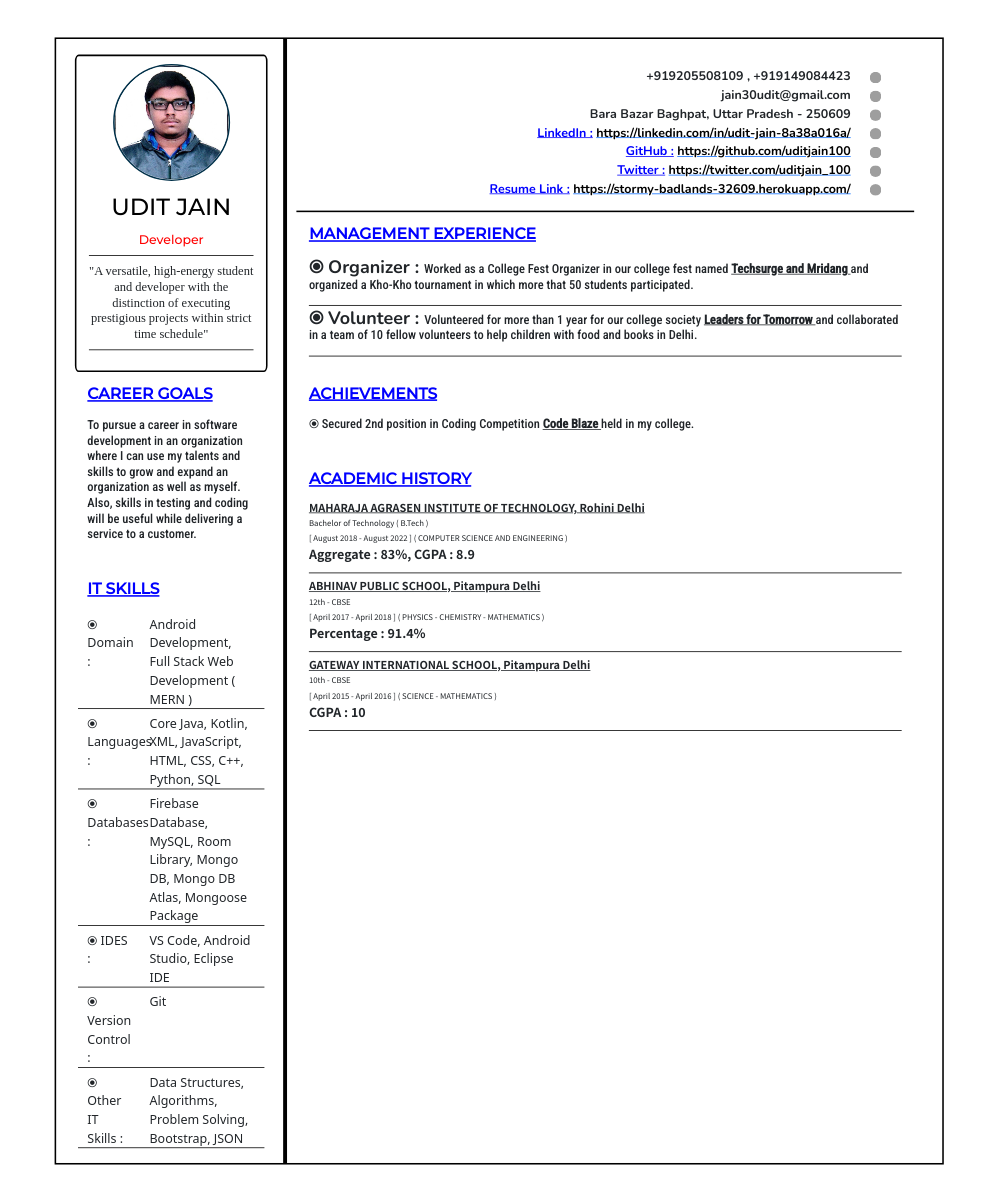
Repository: uditjain100/Resume
Page: app.html
These files come from the project's save history. The page is drawn as it stood at one moment and after the next save; the edit follows.
The browser window is 1280 px wide. The pictures show the whole page, at 78% of full size.
Pictures or frames that could not be fetched are drawn as grey boxes. Some web fonts or font styles are not loaded; a fallback is used.

Above is the page before, as saved 2021-05-27 18:12:13.

After the next save:
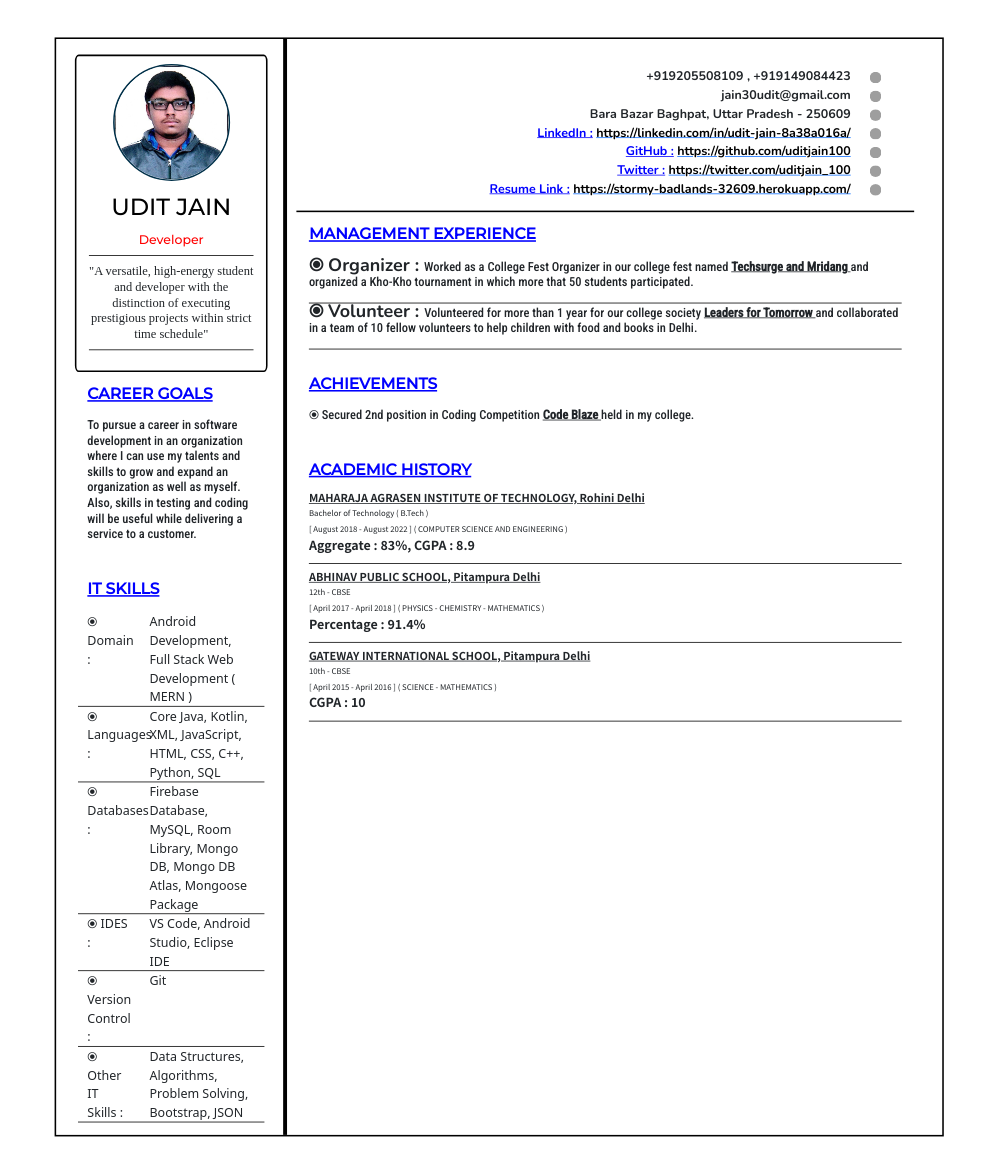
Saved 31 s later.
--- a/app.css
+++ b/app.css
@@ -106,8 +106,6 @@ ul {
 #itskillsitem,
 #managementskillsitem {
 	border-bottom: 1px black solid;
-	margin-top: 3px;
-	margin-bottom: 3px;
 }
 
 #managementskillsitem p {
